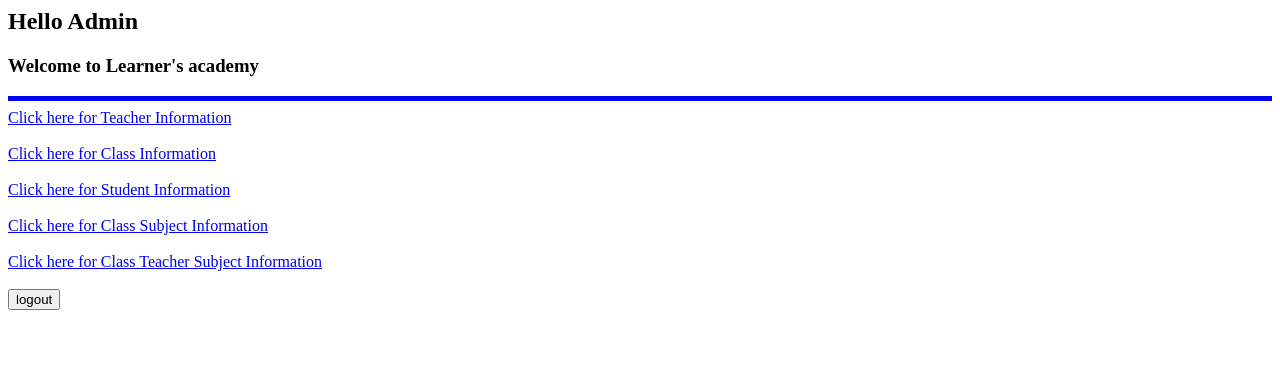
Repository: anithagnana123/Simplilearn_Phase2_project
Page: http://localhost/phase2-project/welcome
An editor plug-in stored every save of this project. The page is shown before and after the next save, followed by the edit.
The browser window is 1280 px wide. The pictures show the whole page.
The page is served by Tomcat 9.

Above is the page before, as saved 2022-10-24 07:58:27.

After the next save:
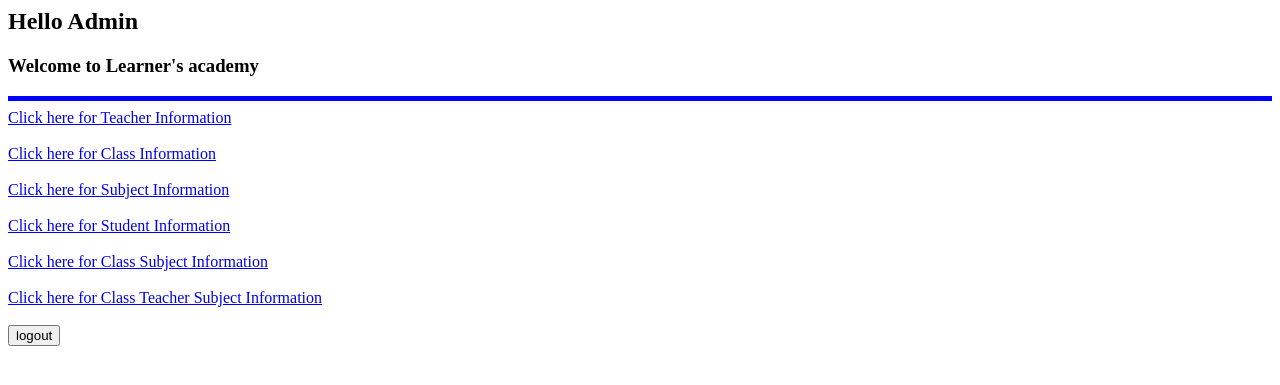
Saved 50 s later.
--- a/phase2-project/src/main/java/com/simplilearn/workshop/WelcomeServlet.java
+++ b/phase2-project/src/main/java/com/simplilearn/workshop/WelcomeServlet.java
@@ -44,6 +44,8 @@ public class WelcomeServlet extends HttpServlet {
 	    out.println("<br> <br>");
 	    out.println("<a href = \"theclass.html\">Click here for Class Information</a>");
 	    out.println("<br> <br>");
+	    out.println("<a href = \"theclass.html\">Click here for Subject Information</a>");
+	    out.println("<br> <br>");
 	    out.println("<a href = \"student.html\">Click here for Student Information</a>");
 	    out.println("<br> <br>");
 	    out.println("<a href = \"classsub.html\">Click here for Class Subject Information</a>");
